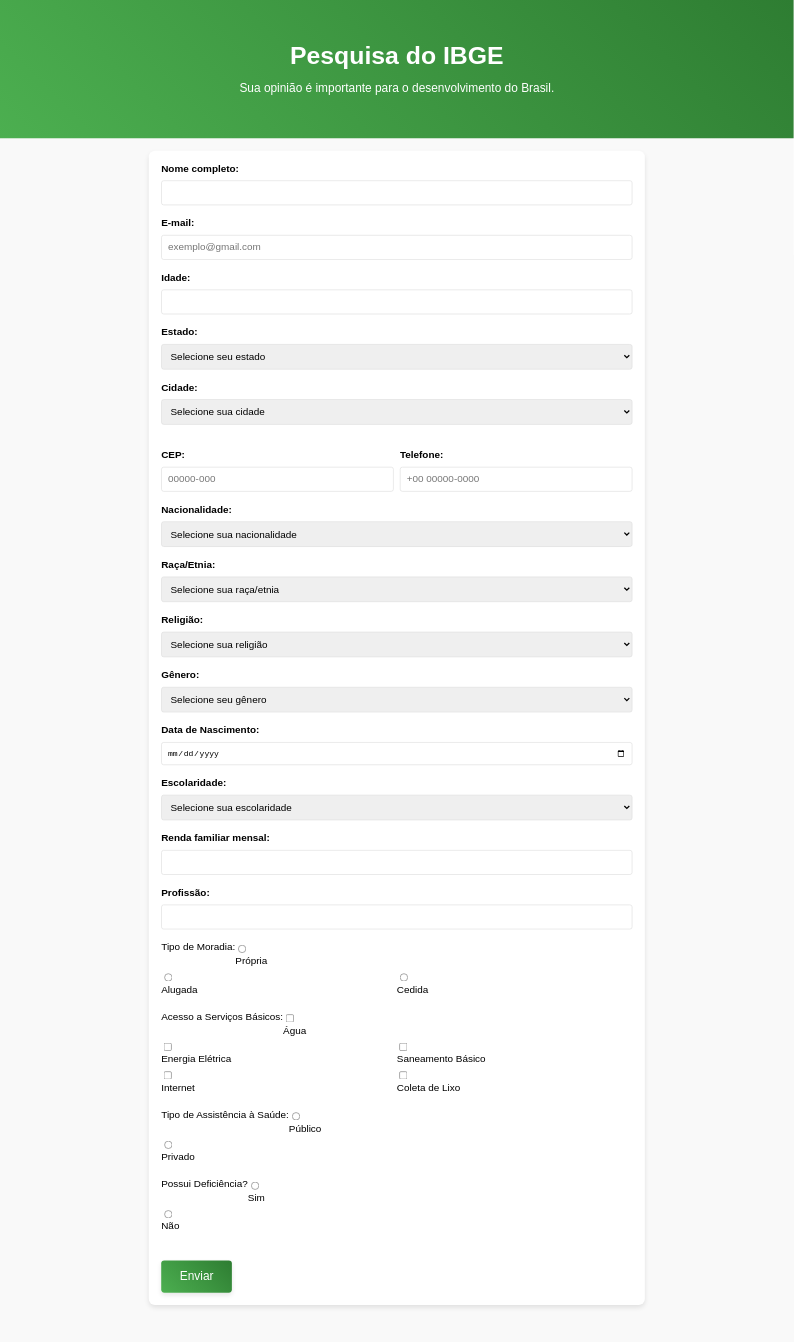
Repository: Gabrielb0rn/Projeto-Formul-rio.io
Page: index.html
The author's editor kept a copy of each file at every save. The page is drawn from the files as they stood at one save, then again after the next save.
The browser window is 1280 px wide. The pictures show the whole page, at 62% of full size.

Above is the page before, as saved 2024-07-01 08:51:49.

### index.html
<!DOCTYPE html>
<html lang="pt-BR">
<head>
    <meta charset="UTF-8">
    <meta name="viewport" content="width=device-width, initial-scale=1.0">
    <title>Pesquisa do IBGE</title>
    <link rel="stylesheet" href="assets/style.css">
</head>
<body>
    <header>
        <div class="container">
            <h1>Pesquisa do IBGE</h1>
            <p>Sua opinião é importante para o desenvolvimento do Brasil.</p>
        </div>
    </header>
    <main>
        <div class="container">
            <form id="form">
                <div class="form-group">
                    <label for="nome">Nome completo:</label>
                    <input type="text" id="nome" name="nome" required>
                </div>
                <div class="form-group">
                    <label for="email">E-mail:</label>
                    <input type="email" id="email" name="email" required placeholder="exemplo@gmail.com">
                </div>
                <div class="form-group">
                    <label for="idade">Idade:</label>
                    <input type="number" id="idade" name="idade" required>
                </div>
                <div class="form-group">
                    <label for="estado">Estado:</label>
                    <select id="estado" name="estado" required>
                        <option value="">Selecione seu estado</option>
                        <option value="AC">Acre</option>
                        <option value="AL">Alagoas</option>
                        <option value="AP">Amapá</option>
                        <option value="AM">Amazonas</option>
                        <option value="BA">Bahia</option>
                        <option value="CE">Ceará</option>
                        <option value="DF">Distrito Federal</option>
                        <option value="ES">Espírito Santo</option>
                        <option value="GO">Goiás</option>
                        <option value="MA">Maranhão</option>
                        <option value="MG">Minas Gerais</option>
                        <option value="MS">Mato Grosso do Sul</option>
                        <option value="MT">Mato Grosso</option>
                        <option value="PA">Pará</option>
                        <option value="PB">Paraíba</option>
                        <option value="PE">Pernambuco</option>
                        <option value="PI">Piauí</option>
                        <option value="PR">Paraná</option>
                        <option value="RJ">Rio de Janeiro</option>
                        <option value="RN">Rio Grande do Norte</option>
                        <option value="RO">Rondônia</option>
                        <option value="RR">Roraima</option>
                        <option value="RS">Rio Grande do Sul</option>
                        <option value="SC">Santa Catarina</option>
                        <option value="SE">Sergipe</option>
                        <option value="SP">São Paulo</option>
                        <option value="TO">Tocantins</option>
                    </select>
                </div>
                <div class="form-group inline-group">
                    <div class="form-group">
                        <label for="cidade">Cidade:</label>
                        <select id="cidade" name="cidade" required>
                            <option value="">Selecione sua cidade</option>
                        </select>
                    </div>
                </div>
                <div class="form-group inline-group">
                    <div>
                        <label for="cep">CEP:</label>
                        <input type="text" id="cep" name="cep" required placeholder="00000-000">
                    </div>
                    <div>
                        <label for="telefone">Telefone:</label>
                        <input type="tel" id="telefone" name="telefone" required placeholder="+00 00000-0000">
                    </div>
                </div>
                <div class="form-group">
                    <label for="nacionalidade">Nacionalidade:</label>
                    <select id="nacionalidade" name="nacionalidade" required>
                        <option value="">Selecione sua nacionalidade</option>
                        <option value="Brasileiro">Brasileiro</option>
                        <option value="Estrangeiro">Estrangeiro</option>
                    </select>
                </div>
                <div class="form-group">
                    <label for="raca">Raça/Etnia:</label>
                    <select id="raca" name="raca" required>
                        <option value="">Selecione sua raça/etnia</option>
                        <option value="Branca"></option>
                        <option value="Preta"></option>
                        <option value="Parda"></option>
                        <option value="Amarela"></option>
                        <option value="Indígena"></option>
                        <option value="Alien"></option>
                    </select>
                </div>
                <div class="form-group">
                    <label for="religiao">Religião:</label>
                    <select id="religiao" name="religiao" required>
                        <option value="">Selecione sua religião</option>
                        <option value="Católica"></option>
                        <option value="Evangélica"></option>
                        <option value="Espírita"></option>
                        <option value="Outras"></option>
                    </select>
                </div>
                <div class="form-group">
                    <label for="genero">Gênero:</label>
                    <select id="genero" name="genero" required>
                        <option value="">Selecione seu gênero</option>
                        <option value="Masculino">Masculino</option>
                        <option value="Feminino">Feminino</option>
                        <option value="Outro">Outro</option>
                    </select>
                </div>
                <div class="form-group">
                    <label for="data_nascimento">Data de Nascimento:</label>
                    <input type="date" id="data_nascimento" name="data_nascimento" required>
                </div>
                <div class="form-group">
                    <label for="escolaridade">Escolaridade:</label>
                    <select id="escolaridade" name="escolaridade" required>
                        <option value="">Selecione sua escolaridade</option>
                        <option value="Ensino Fundamental Incompleto">Ensino Fundamental Incompleto</option>
                        <option value="Ensino Fundamental Completo">Ensino Fundamental Completo</option>
                        <option value="Ensino Médio Incompleto">Ensino Médio Incompleto</option>
                        <option value="Ensino Médio Completo">Ensino Médio Completo</option>
                        <option value="Superior Incompleto">Superior Incompleto</option>
                        <option value="Superior Completo">Superior Completo</option>
                        <option value="Pós-Graduação">Pós-Graduação</option>
                    </select>
                </div>
                <div class="form-group">
                    <label for="renda">Renda familiar mensal:</label>
                    <input type="number" id="renda" name="renda" required>
                </div>
                <div class="form-group">
                    <label for="profissao">Profissão:</label>
                    <input type="text" id="profissao" name="profissao">
                </div>
                <div class="form-group radio-group">
                    <label>Tipo de Moradia:</label>
                    <div>
                        <input type="radio" id="propria" name="moradia" value="propria">
                        <label for="propria">Própria</label>
                    </div>
                    <div>
                        <input type="radio" id="alugada" name="moradia" value="alugada">
                        <label for="alugada">Alugada</label>
                    </div>
                    <div>
                        <input type="radio" id="cedida" name="moradia" value="cedida">
                        <label for="cedida">Cedida</label>
                    </div>
                </div>
                <div class="form-group checkbox-group">
                    <label>Acesso a Serviços Básicos:</label>
                    <div>
                        <input type="checkbox" id="agua" name="servicos" value="agua">
                        <label for="agua">Água</label>
                    </div>
                    <div>
                        <input type="checkbox" id="energia" name="servicos" value="energia">
                        <label for="energia">Energia Elétrica</label>
                    </div>
                    <div>
                        <input type="checkbox" id="saneamento" name="servicos" value="saneamento">
                        <label for="saneamento">Saneamento Básico</label>
                    </div>
                    <div>
                        <input type="checkbox" id="internet" name="servicos" value="internet">
                        <label for="internet">Internet</label>
                    </div>
                    <div>
                        <input type="checkbox" id="coleta" name="servicos" value="coleta">
                        <label for="coleta">Coleta de Lixo</label>
                    </div>
                </div>
                <div class="form-group radio-group">
                    <label>Tipo de Assistência à Saúde:</label>
                    <div>
                        <input type="radio" id="publico" name="saude" value="publico">
                        <label for="publico">Público</label>
                    </div>
                    <div>
                        <input type="radio" id="privado" name="saude" value="privado">
                        <label for="privado">Privado</label>
                    </div>
                </div>
                <div class="form-group radio-group">
                    <label>Possui Deficiência?</label>
                    <div>
                        <input type="radio" id="sim" name="deficiencia" value="sim">
                        <label for="sim">Sim</label>
                    </div>
                    <div>
                        <input type="radio" id="nao" name="deficiencia" value="nao">
                        <label for="nao">Não</label>
                    </div>
                </div>
                <button type="submit" class="btn">Enviar</button>
            </form>
        </div>
    </main>
    <script src="assets\scripts.js"></script>
</body>
</html>

### assets/style.css
/* Estilos Globais */
body {
    font-family: 'Arial', sans-serif;
    margin: 0;
    padding: 0;
    background-color: #f9f9f9;
}

header {
    background: linear-gradient(45deg, #4CAF50, #2E7D32);
    color: white;
    padding: 20px 0;
    text-align: center;
}

.container {
    width: 90%;
    max-width: 800px;
    margin: 0 auto;
    padding: 20px;
}

/* Estilos de Texto */
h1 {
    font-size: 2.5em;
    margin-bottom: 10px;
}

p {
    font-size: 1.2em;
    margin-bottom: 30px;
}

/* Estilos do Formulário */
form {
    background-color: white;
    padding: 20px;
    border-radius: 10px;
    box-shadow: 0 4px 8px rgba(0, 0, 0, 0.1);
    margin-bottom: 40px;
}

.form-group {
    margin-bottom: 20px;
}

label {
    display: block;
    margin-bottom: 5px;
    font-weight: bold;
}

input, select {
    width: 100%;
    padding: 10px;
    border: 1px solid #ddd;
    border-radius: 4px;
    box-sizing: border-box;
    font-size: 1em;
    margin-top: 5px;
}

input[type="radio"], input[type="checkbox"] {
    width: auto;
    margin-right: 10px;
}

input[type="date"] {
    padding: 9px;
}

button {
    background: linear-gradient(45deg, #4CAF50, #2E7D32);
    color: white;
    border: none;
    padding: 15px 30px;
    text-align: center;
    cursor: pointer;
    border-radius: 5px;
    font-size: 1.2em;
    margin-top: 20px;
    transition: background 0.3s ease, transform 0.2s ease;
    box-shadow: 0 4px 8px rgba(0, 0, 0, 0.1);
}

button:hover {
    background: linear-gradient(45deg, #45a049, #388E3C);
    transform: translateY(-2px);
}

/* Estilos Responsivos */
@media (max-width: 600px) {
    h1 {
        font-size: 2em;
    }

    p {
        font-size: 1em;
    }

    form {
        padding: 15px;
    }

    button {
        width: 100%;
        padding: 15px;
    }
}

/* Estilos de Grupo de Inputs */
.form-group.inline-group {
    display: flex;
    flex-wrap: wrap;
    justify-content: space-between;
}

.form-group.inline-group > div {
    flex: 1;
    min-width: 45%;
}

.form-group.inline-group > div:not(:last-child) {
    margin-right: 10px;
}

/* Estilos de Serviços Básicos e Tipo de Moradia */
.form-group.checkbox-group, .form-group.radio-group {
    display: flex;
    flex-wrap: wrap;
}

.form-group.checkbox-group > div, .form-group.radio-group > div {
    flex: 2;
    min-width: 45%;
    margin-bottom: 1px;
}

.form-group.checkbox-group label, .form-group.radio-group label {
    font-weight: normal;
}

### assets/scripts.js
document.addEventListener('DOMContentLoaded', function() {
    const estadoSelect = document.getElementById('estado');
    const cidadeSelect = document.getElementById('cidade');

    const cidadesPorEstado = {
        "AC": ["Rio Branco", "Cruzeiro do Sul", "Sena Madureira"],
        "AL": ["Maceió", "Arapiraca", "Palmeira dos Índios"],
        "AP": ["Macapá", "Santana", "Laranjal do Jari"],
        "AM": ["Manaus", "Parintins", "Itacoatiara"],
        "BA": ["Salvador", "Feira de Santana", "Vitória da Conquista"],
        "CE": ["Fortaleza", "Caucaia", "Juazeiro do Norte"],
        "DF": ["Brasília"],
        "ES": ["Vitória", "Vila Velha", "Serra"],
        "GO": ["Goiânia", "Aparecida de Goiânia", "Anápolis"],
        "MA": ["São Luís", "Imperatriz", "Timon"],
        "MG": ["Belo Horizonte", "Uberlândia", "Contagem"],
        "MS": ["Campo Grande", "Dourados", "Três Lagoas"],
        "MT": ["Cuiabá", "Várzea Grande", "Rondonópolis"],
        "PA": ["Belém", "Ananindeua", "Santarém"],
        "PB": ["João Pessoa", "Campina Grande", "Santa Rita"],
        "PE": ["Recife", "Jaboatão dos Guararapes", "Olinda"],
        "PI": ["Teresina", "Parnaíba", "Picos"],
        "PR": ["Curitiba", "Londrina", "Maringá"],
        "RJ": ["Rio de Janeiro", "Niterói", "Duque de Caxias"],
        "RN": ["Natal", "Mossoró", "Parnamirim"],
        "RO": ["Porto Velho", "Ji-Paraná", "Ariquemes"],
        "RR": ["Boa Vista", "Rorainópolis", "Caracaraí"],
        "RS": ["Porto Alegre", "Caxias do Sul", "Pelotas"],
        "SC": ["Florianópolis", "Joinville", "Blumenau"],
        "SE": ["Aracaju", "Nossa Senhora do Socorro", "Lagarto"],
        "SP": ["São Paulo", "Campinas", "São Bernardo do Campo"],
        "TO": ["Palmas", "Araguaína", "Gurupi"]
    };

    estadoSelect.addEventListener('change', function() {
        const estadoSelecionado = estadoSelect.value;
        cidadeSelect.innerHTML = '<option value="">Selecione sua cidade</option>'; //Script para limpar as outras opc

        if (estadoSelecionado) {
            const cidades = cidadesPorEstado[estadoSelecionado];
            cidades.forEach(function(cidade) {
                const option = document.createElement('option');
                option.value = cidade;
                option.textContent = cidade;
                cidadeSelect.appendChild(option);
            });
        }
    });
});

After the next save:
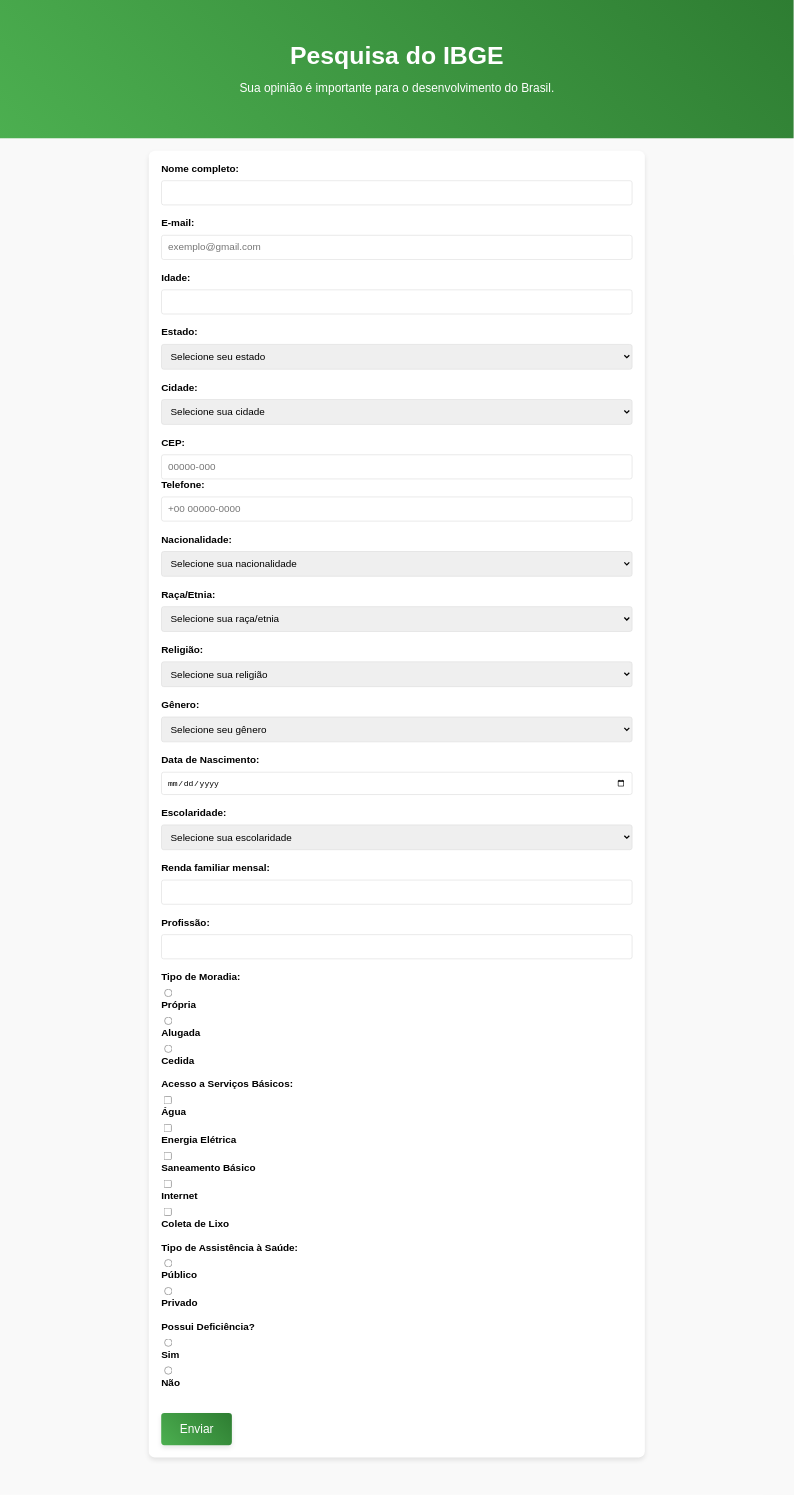
Saved 21 s later.
--- a/assets/style.css
+++ b/assets/style.css
@@ -109,33 +109,3 @@
 }
 
 /* Estilos de Grupo de Inputs */
-.form-group.inline-group {
-    display: flex;
-    flex-wrap: wrap;
-    justify-content: space-between;
-}
-
-.form-group.inline-group > div {
-    flex: 1;
-    min-width: 45%;
-}
-
-.form-group.inline-group > div:not(:last-child) {
-    margin-right: 10px;
-}
-
-/* Estilos de Serviços Básicos e Tipo de Moradia */
-.form-group.checkbox-group, .form-group.radio-group {
-    display: flex;
-    flex-wrap: wrap;
-}
-
-.form-group.checkbox-group > div, .form-group.radio-group > div {
-    flex: 2;
-    min-width: 45%;
-    margin-bottom: 1px;
-}
-
-.form-group.checkbox-group label, .form-group.radio-group label {
-    font-weight: normal;
-}
